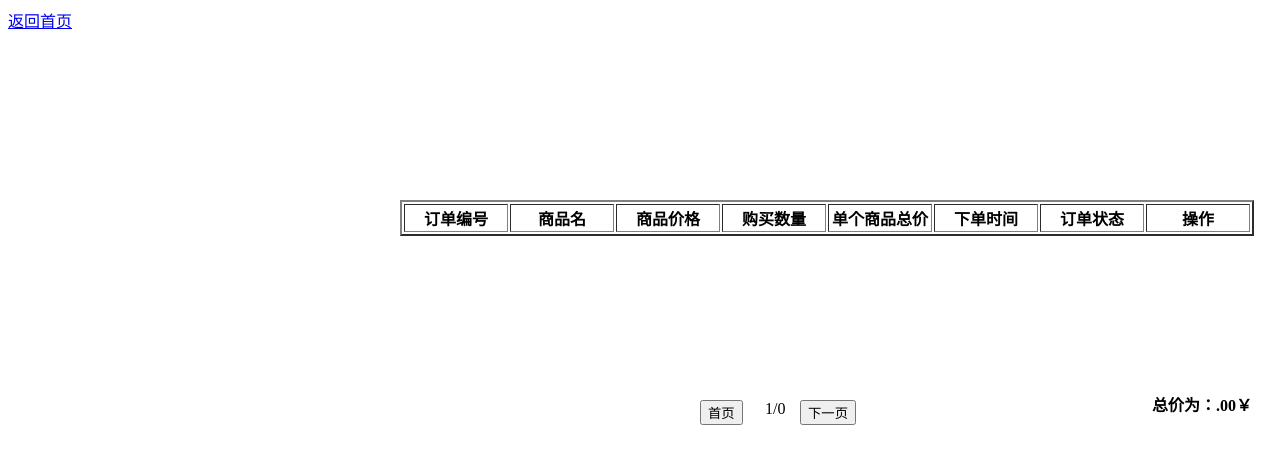
Repository: Gale-student/Gale-student.github.io
Page: http://localhost/weshop/OrdersDetailUnpaidQueryServlet
These files come from the project's save history. The page is drawn as it stood at one moment and after the next save; the edit follows.
The browser window is 1280 px wide. The pictures show the whole page.
The page is served by Tomcat 9. Other server files are loaded and not shown. Queries for data that is not in the repository find no rows.

Above is the page before, as saved 2022-10-05 13:15:22.

### WeShop/weshop/WebRoot/WEB-INF/jsp/OrdersUnpaidQueryOfUser.jsp
<%@ page language="java" import="java.util.*,com.company.entity.*" pageEncoding="utf-8"%>
<%
String path = request.getContextPath();
String basePath = request.getScheme()+"://"+request.getServerName()+":"+request.getServerPort()+path+"/";
%>

<!DOCTYPE HTML PUBLIC "-//W3C//DTD HTML 4.01 Transitional//EN">
<html>
  <head>
    <base href="<%=basePath%>">

    <title>My JSP 'OrdersUnpaidQueryOfUser.jsp' starting page</title>

	<meta http-equiv="pragma" content="no-cache">
	<meta http-equiv="cache-control" content="no-cache">
	<meta http-equiv="expires" content="0">
	<meta http-equiv="keywords" content="keyword1,keyword2,keyword3">
	<meta http-equiv="description" content="This is my page">
	<!--
	<link rel="stylesheet" type="text/css" href="styles.css">
	-->
  <%
      List<OrdersDetail> ordersDetailList = (List<OrdersDetail>)request.getAttribute("ordersDetailList");

      int currentPage = (Integer) session.getAttribute("currentPage");
      int allPage = (Integer) session.getAttribute("allPage");

      String upPage = "上一页";
      String downPage = "下一页";
      if(currentPage == 1){
         upPage = "首页";
      }
      if(currentPage == allPage){
         downPage = "尾页";
      }

      String totalPrice = (String) request.getAttribute("totalPrice");
      if(totalPrice == null){
         totalPrice = "";
      }
   %>
    <style type="text/css">
     th{
        width: 100px;
     }
     td{
        width: 100px;
     }
   </style>
  </head>

  <body>
   <a href="ShoppingHomePage.jsp">返回首页</a>
    <table style="position: absolute; left: 400px; top: 200px; text-align: center;" border="2" cellspacing="2">
       <tr>
          <th>订单编号</th>
          <th>商品名</th>
          <th>商品价格</th>
          <th>购买数量</th>
          <th>单个商品总价</th>
          <th>下单时间</th>
          <th>订单状态</th>
          <th>操作</th>
       </tr>
       <%for(int i = 0; i < ordersDetailList.size(); i ++){ %>
       <tr>
          <td><%=ordersDetailList.get(i).getOid() %></td>
          <td><%=ordersDetailList.get(i).getSname() %></td>
          <td><%=ordersDetailList.get(i).getSprice() %>.00￥</td>
          <td><%=ordersDetailList.get(i).getQuantity() %>.0</td>
          <td><%=ordersDetailList.get(i).getShopPrice() %>.00￥</td>
          <td><%=ordersDetailList.get(i).getDate() %></td>
          <td><%=ordersDetailList.get(i).getStatus() %></td>
          <td>
             <form action="OrdersCancelOfUserServlet" method="post">
                <input style="position: absolute; visibility: hidden;" type="text" value=<%=ordersDetailList.get(i).getOid() %> name="oid">
                <input type="submit" value="取消订单">
             </form>
          </td>
       </tr>
       <%} %>
    </table>
    <div style="position: absolute; left: 700px; top: 400px;">
    <form action="OrdersDetailUnpaidUpPageServlet" method="post">
       <input type="submit" value=<%=upPage %>>
    </form>
    <label style="position: absolute; top: 0px; left: 65px;"><%=currentPage + "/" + allPage %></label>
    <form style="position: absolute; top: 0px; left: 100px;" action="OrdersDetailUnpaidDownPageServlet" method="post">
       <input type="submit" value=<%=downPage %>>
    </form>

    </div>
    <label style="position: absolute; left: 1150px; top: 390px;border: 2px solid white; font-weight: bolder;">总价为：<%=totalPrice %>.00￥</label>
  </body>
</html>

### WeShop/weshop/src/com/company/controller/OrdersDetailUnpaidQueryServlet.java
package com.company.controller;

import java.io.IOException;
import java.io.PrintWriter;
import java.util.List;

import javax.servlet.ServletException;
import javax.servlet.http.HttpServlet;
import javax.servlet.http.HttpServletRequest;
import javax.servlet.http.HttpServletResponse;
import javax.servlet.http.HttpSession;

import com.company.entity.OrdersDetail;
import com.company.service.OrdersService;
import com.company.service.OrdersServiceImpl;

public class OrdersDetailUnpaidQueryServlet extends HttpServlet {

	/**
	 * The doGet method of the servlet. <br>
	 *
	 * This method is called when a form has its tag value method equals to get.
	 *
	 * @param request the request send by the client to the server
	 * @param response the response send by the server to the client
	 * @throws ServletException if an error occurred
	 * @throws IOException if an error occurred
	 */
	public void doGet(HttpServletRequest request, HttpServletResponse response)
			throws ServletException, IOException {

		doPost(request, response);
	}

	/**
	 * The doPost method of the servlet. <br>
	 *
	 * This method is called when a form has its tag value method equals to post.
	 *
	 * @param request the request send by the client to the server
	 * @param response the response send by the server to the client
	 * @throws ServletException if an error occurred
	 * @throws IOException if an error occurred
	 */
	public void doPost(HttpServletRequest request, HttpServletResponse response)
			throws ServletException, IOException {

		HttpSession hs = request.getSession();
		String uid = (String)hs.getAttribute("uid");
		OrdersService ordersService = new OrdersServiceImpl();
		try {
			List<OrdersDetail> ordersDetailList = ordersService.queryOrdersDetailUnpaid(uid, 0);
			int allRows = ordersService.OrdersDetailUnpaidAllRows(uid);
			int allPage = allRows / 3;
			if(allRows % 3 != 0){
				allPage ++;
			}
			String totalPrice = ordersService.queryTotalPriceOfUserUnpaidOrders(uid);
			request.setAttribute("totalPrice", totalPrice);
			hs.setAttribute("allPage", allPage);
			hs.setAttribute("currentPage", 1);
			request.setAttribute("ordersDetailList", ordersDetailList);
			request.getRequestDispatcher("WEB-INF/jsp/OrdersUnpaidQueryOfUser.jsp").forward(request, response);
		} catch (Exception e) {
			// TODO Auto-generated catch block
			e.printStackTrace();
		}

	}

}

### WeShop/weshop/src/com/company/service/OrdersServiceImpl.java
package com.company.service;

import java.util.List;

import com.company.dao.OrdersDao;
import com.company.dao.OrdersDaoImpl;
import com.company.entity.Orders;
import com.company.entity.OrdersDetail;

public class OrdersServiceImpl implements OrdersService {
	private OrdersDao ordersDao = new OrdersDaoImpl();

    //获取订单表总行数
	public int OrdersAllRows() throws Exception {
		int ordersAllRows = ordersDao.OrdersAllRows();
		return ordersAllRows;
	}

    //添加订单(购买 下单 默认未支付状态)
	public void addOrders(String uid, String sid, String quantity)
			throws Exception {
		ordersDao.insertOrders(uid, sid, quantity);
	}

    //取消订单
	public void cancelOrders(String oid) throws Exception {
		ordersDao.deleteOrders(oid);
	}

    //订单表分页
	public List<Orders> ordersPagingQuery(int page) throws Exception {
		List<Orders> ordersList = ordersDao.ordersPaging(page * 3, 3);
		return ordersList;
	}

    //根据订单编号查订单
	public List<Orders> queryOrdersByOid(String oid) throws Exception {
		List<Orders> ordersList = ordersDao.selectOrdersByOid(oid);
		return ordersList;
	}

    //查看未支付订单
	public List<Orders> queryOrdersByStatusUnpaid() throws Exception {
		List<Orders> ordersList = ordersDao.selectOrdersByStatusUnpaid();
		return ordersList;
	}

	//通过用户ID查订单
	public List<Orders> queryOrdersByUid(String uid) throws Exception {
		List<Orders> ordersList = ordersDao.selectOrdersByUid(uid);
		return ordersList;
	}

	//修改商品数量
	public void modifyQuantity(String sid, String quantity) throws Exception {
		ordersDao.updateQuantity(sid, quantity);
	}

	//查找所有订单
	public List<Orders> queryAllOrders() throws Exception {
		List<Orders> ordersList = ordersDao.selectAllOrders();
		return ordersList;
	}

	//查看用户所有订单详情
	public List<OrdersDetail> selectOrdersDetail(String uid, int page) throws Exception {
		List<OrdersDetail> ordersDetailList = ordersDao.selectOrdersDetail(uid, page * 3, 3);
		return ordersDetailList;
	}

	//获取用户订单表总行数
	public int OrdersDetailAllRows(String uid) throws Exception {
		int ordersDetailAllRows = ordersDao.OrdersDetailAllRows(uid);
		return ordersDetailAllRows;
	}

	//获取用户未支付订单总行数
	public int OrdersDetailUnpaidAllRows(String uid) throws Exception {
		int ordersDetailUnpaidAllRows = ordersDao.OrdersDetailUnpaidAllRows(uid);
		return ordersDetailUnpaidAllRows;
	}

	//查看用户未支付订单详情
	public List<OrdersDetail> queryOrdersDetailUnpaid(String uid, int page) throws Exception {
		List<OrdersDetail> ordersDetaiUnpaidlList = ordersDao.selectOrdersDetailUnpaid(uid, page * 3, 3);
		return ordersDetaiUnpaidlList;
	}

	//
	public String queryTotalPriceOfUserUnpaidOrders(String uid)
			throws Exception {
		String totalPrice = ordersDao.selectTotalPriceOfUserUnpaidOrders(uid);
		return totalPrice;
	}


}

### WeShop/weshop/src/com/company/dao/OrdersDao.java
package com.company.dao;

import java.util.List;

import com.company.entity.Orders;
import com.company.entity.OrdersDetail;

public interface OrdersDao {
	//删除订单(取消订单)
	public void deleteOrders(String oid) throws Exception;
	//订单表分页
	public List<Orders> ordersPaging(int offset, int count) throws Exception;
	//获取订单表总行数
	public int OrdersAllRows() throws Exception;
	//根据订单号查找订单
	public List<Orders> selectOrdersByOid(String oid) throws Exception;
	//查看未支付订单
	public List<Orders> selectOrdersByStatusUnpaid() throws Exception;
	//用户下单(添加订单)
	public void insertOrders(String uid, String sid, String quantity) throws Exception;
	//根据用户ID查订单
	public List<Orders> selectOrdersByUid(String uid) throws Exception;
	//更新订单中商品数量
	public void updateQuantity(String sid, String quantity) throws Exception;
	//查寻所有订单
	public List<Orders> selectAllOrders() throws Exception;
	//订单详情表分页(用户)
	public List<OrdersDetail> selectOrdersDetail(String uid, int offset, int count) throws Exception;
	//获取用户订单表总行数
	public int OrdersDetailAllRows(String uid) throws Exception;
	//用户未支付订单分页查询
	public List<OrdersDetail> selectOrdersDetailUnpaid(String uid, int offset, int count) throws Exception;
	//获取用户未支付订单表总行数
	public int OrdersDetailUnpaidAllRows(String uid) throws Exception;
	//获取所有未支付订单的总价
	public String selectTotalPriceOfUserUnpaidOrders(String uid) throws Exception;
}

### WeShop/weshop/src/com/company/dao/OrdersDaoImpl.java
package com.company.dao;

import java.sql.Connection;
import java.sql.Date;
import java.sql.DriverManager;
import java.sql.PreparedStatement;
import java.sql.ResultSet;
import java.text.DateFormat;
import java.util.ArrayList;
import java.util.List;

import com.company.entity.Orders;
import com.company.entity.OrdersDetail;
import com.company.entity.User;

public class OrdersDaoImpl implements OrdersDao {
	private String url = "jdbc:mysql://localhost:3306/test?characterEncoding=utf-8";
    private String username = "root";
    private String password = "root";

    //获取订单表总行数(管理员)
	public int OrdersAllRows() throws Exception {
		Class.forName("com.mysql.jdbc.Driver");
		Connection conn = DriverManager.getConnection(url, username, password);
		String sql = " select count(*) as rows from orders ";
		PreparedStatement ps = conn.prepareStatement(sql);
		ResultSet rs = ps.executeQuery();
		rs.next();
		int rows = rs.getInt("rows");
		return rows;
	}

    //删除订单(管理员)
	public void deleteOrders(String oid) throws Exception {
		Class.forName("com.mysql.jdbc.Driver");
		Connection conn = DriverManager.getConnection(url, username, password);
		String sql = " delete from orders where oid = ? ";
		PreparedStatement ps = conn.prepareStatement(sql);
		ps.setString(1, oid);
		ps.execute();
		conn.close();

	}

    //订单表分页(管理员)
	public List<Orders> ordersPaging(int offset, int count) throws Exception {
		Class.forName("com.mysql.jdbc.Driver");
		Connection conn = DriverManager.getConnection(url, username, password);
		String sql = " select * from orders limit ?, ? ";
		PreparedStatement ps = conn.prepareStatement(sql);
		ps.setInt(1, offset);
		ps.setInt(2, count);
		ResultSet rs = ps.executeQuery();
		List<Orders> ordersList = new ArrayList<Orders>();
		while(rs.next()){
			String oid = rs.getString("oid");
			String uid = rs.getString("uid");
			String sid = rs.getString("sid");
			String quantity = rs.getString("quantity");
			String date = rs.getString("date");
			String status = rs.getString("status");
			Orders orders = new Orders();
			orders.setOid(oid);
			orders.setUid(uid);
			orders.setSid(sid);
			orders.setQuantity(quantity);
			orders.setDate(date);
			orders.setStatus(status);
            ordersList.add(orders);
		}
		return ordersList;
	}

    //根据订单号查找订单(管理员)
	public List<Orders> selectOrdersByOid(String oid) throws Exception {
		Class.forName("com.mysql.jdbc.Driver");
		Connection conn = DriverManager.getConnection(url, username, password);
		String sql = " select * from orders where oid = ? ";
		PreparedStatement ps = conn.prepareStatement(sql);
		ps.setString(1, oid);
		ResultSet rs = ps.executeQuery();
		List<Orders> ordersList = new ArrayList<Orders>();
		while(rs.next()){
			String uid = rs.getString("uid");
			String sid = rs.getString("sid");
			String quantity = rs.getString("quantity");
			String date = rs.getString("date");
			String status = rs.getString("status");
			Orders orders = new Orders();
			orders.setOid(oid);
			orders.setUid(uid);
			orders.setSid(sid);
			orders.setQuantity(quantity);
			orders.setDate(date);
			orders.setStatus(status);
			ordersList.add(orders);
		}
		return ordersList;
	}

    //查看未支付订单(管理员)
	public List<Orders> selectOrdersByStatusUnpaid() throws Exception {
		Class.forName("com.mysql.jdbc.Driver");
		Connection conn = DriverManager.getConnection(url, username, password);
		String sql = " select * from orders where status = '0' ";
		PreparedStatement ps = conn.prepareStatement(sql);
		ResultSet rs = ps.executeQuery();
		List<Orders> ordersList = new ArrayList<Orders>();
		while(rs.next()){
			String oid = rs.getString("oid");
			String uid = rs.getString("uid");
			String sid = rs.getString("sid");
			String quantity = rs.getString("quantity");
			String date = rs.getString("date");
			String status = rs.getString("status");
			Orders orders = new Orders();
			orders.setOid(oid);
			orders.setUid(uid);
			orders.setSid(sid);
			orders.setQuantity(quantity);
			orders.setDate(date);
			orders.setStatus(status);
			ordersList.add(orders);
		}
		return ordersList;
	}

	//添加订单(用户购买)
	public void insertOrders(String uid, String sid, String quantity) throws Exception {
		Class.forName("com.mysql.jdbc.Driver");
		Connection conn = DriverManager.getConnection(url, username, password);

		System.currentTimeMillis();
		String oid = "" + System.currentTimeMillis();
		String sql = " insert into orders values ( ?, ?, ?, ?, now(), 0 ) ";
		PreparedStatement ps = conn.prepareStatement(sql);
		ps.setString(1, oid);
		ps.setString(2, uid);
		ps.setString(3, sid);
		ps.setString(4, quantity);
		ps.execute();
		conn.close();

	}

	//根据用户ID查询订单(管理员)
	public List<Orders> selectOrdersByUid(String uid) throws Exception {
		Class.forName("com.mysql.jdbc.Driver");
		Connection conn = DriverManager.getConnection(url, username, password);
		String sql = " select * from orders where uid = ? ";
		PreparedStatement ps = conn.prepareStatement(sql);
		ps.setString(1, uid);
		ResultSet rs = ps.executeQuery();
		List<Orders> ordersList = new ArrayList<Orders>();
		while(rs.next()){
			String oid = rs.getString("oid");
			String sid = rs.getString("sid");
			String quantity = rs.getString("quantity");
			String date = rs.getString("date");
			String status = rs.getString("status");
			Orders orders = new Orders();
			orders.setOid(oid);
			orders.setUid(uid);
			orders.setSid(sid);
			orders.setQuantity(quantity);
			orders.setDate(date);
			orders.setStatus(status);
			ordersList.add(orders);
		}
		return ordersList;
	}

	//更新订单中商品数量(用户 添加相同商品)
	public void updateQuantity(String sid, String quantity) throws Exception {
		Class.forName("com.mysql.jdbc.Driver");
		Connection conn = DriverManager.getConnection(url, username, password);
		String sql = " update orders set quantity = quantity + ? where sid = ? and status = 0 ";
		PreparedStatement ps = conn.prepareStatement(sql);
		ps.setString(1, quantity);
		ps.setString(2, sid);
		ps.execute();
		conn.close();
	}

	//查询所有订单(管理员)
	public List<Orders> selectAllOrders() throws Exception {
		Class.forName("com.mysql.jdbc.Driver");
		Connection conn = DriverManager.getConnection(url, username, password);
		String sql = " select * from orders ";
		PreparedStatement ps = conn.prepareStatement(sql);
		ResultSet rs = ps.executeQuery();
		List<Orders> ordersList = new ArrayList<Orders>();
		while(rs.next()){
			String oid = rs.getString("oid");
			String uid = rs.getString("uid");
			String sid = rs.getString("sid");
			String quantity = rs.getString("quantity");
			String date = rs.getString("date");
			String status = rs.getString("status");
			Orders orders = new Orders();
			orders.setOid(oid);
			orders.setUid(uid);
			orders.setSid(sid);
			orders.setQuantity(quantity);
			orders.setDate(date);
			orders.setStatus(status);
			ordersList.add(orders);
		}
		return ordersList;
	}

	//用户订单详情表分页
	public List<OrdersDetail> selectOrdersDetail(String uid, int offset, int count) throws Exception {
		Class.forName("com.mysql.jdbc.Driver");
		Connection conn = DriverManager.getConnection(url, username, password);
		String sql = " select o.oid, o.uid, s.sname, s.sprice, o.quantity,  " +
				"(o.quantity * s.sprice) as shopPrice, o.date, o.status from orders " +
				"o inner join shop s where s.sid = o.sid and o.uid = ? limit ?, ? ";
		PreparedStatement ps = conn.prepareStatement(sql);
		ps.setString(1, uid);
		ps.setInt(2, offset);
		ps.setInt(3, count);
		ResultSet rs = ps.executeQuery();
		List<OrdersDetail> ordersDetailList = new ArrayList<OrdersDetail>();
		while(rs.next()){
			String oid = rs.getString("oid");
			String sname = rs.getString("sname");
			String sprice = rs.getString("sprice");
			String quantity = rs.getString("quantity");
			String shopPrice = rs.getString("shopPrice");
			String date = rs.getString("date");
			String status = rs.getString("status");
			OrdersDetail ordersDetail = new OrdersDetail();
			ordersDetail.setOid(oid);
			ordersDetail.setUid(uid);
			ordersDetail.setSname(sname);
			ordersDetail.setSprice(sprice);
			ordersDetail.setQuantity(quantity);
			ordersDetail.setShopPrice(shopPrice);
			ordersDetail.setDate(date);
			ordersDetail.setStatus(status);
			ordersDetailList.add(ordersDetail);
		}
		return ordersDetailList;
	}

	//获取用户订单详情表总行数
	public int OrdersDetailAllRows(String uid) throws Exception {
		Class.forName("com.mysql.jdbc.Driver");
		Connection conn = DriverManager.getConnection(url, username, password);
		String sql = " select count(*) as rows from orders where uid = ? ";
		PreparedStatement ps = conn.prepareStatement(sql);
		ps.setString(1, uid);
		ResultSet rs = ps.executeQuery();
		rs.next();
		int rows = rs.getInt("rows");
		conn.close();
		return rows;
	}

	//获取用户未支付订单总行数
	public int OrdersDetailUnpaidAllRows(String uid) throws Exception {
		Class.forName("com.mysql.jdbc.Driver");
		Connection conn = DriverManager.getConnection(url, username, password);
		String sql = " select count(*) as rows from orders where uid = ? and status = 0 ";
		PreparedStatement ps = conn.prepareStatement(sql);
		ps.setString(1, uid);
		ResultSet rs = ps.executeQuery();
		rs.next();
		int rows = rs.getInt("rows");
		conn.close();
		return rows;
	}

	//查询用户未支付订单
	public List<OrdersDetail> selectOrdersDetailUnpaid(String uid, int offset,
			int count) throws Exception {
		Class.forName("com.mysql.jdbc.Driver");
		Connection conn = DriverManager.getConnection(url, username, password);
		String sql = " select o.oid, o.uid, s.sname, s.sprice, o.quantity,  " +
				"(o.quantity * s.sprice) as shopPrice, o.date, o.status from orders " +
				"o inner join shop s where s.sid = o.sid and o.uid = ? and o.status = 0 limit ?, ? ";
		PreparedStatement ps = conn.prepareStatement(sql);
		ps.setString(1, uid);
		ps.setInt(2, offset);
		ps.setInt(3, count);
		ResultSet rs = ps.executeQuery();
		List<OrdersDetail> ordersDetailList = new ArrayList<OrdersDetail>();
		while(rs.next()){
			String oid = rs.getString("oid");
			String sname = rs.getString("sname");
			String sprice = rs.getString("sprice");
			String quantity = rs.getString("quantity");
			String shopPrice = rs.getString("shopPrice");
			String date = rs.getString("date");
			String status = rs.getString("status");
			OrdersDetail ordersDetail = new OrdersDetail();
			ordersDetail.setOid(oid);
			ordersDetail.setUid(uid);
			ordersDetail.setSname(sname);
			ordersDetail.setSprice(sprice);
			ordersDetail.setQuantity(quantity);
			ordersDetail.setShopPrice(shopPrice);
			ordersDetail.setDate(date);
			ordersDetail.setStatus(status);
			ordersDetailList.add(ordersDetail);
		}
		return ordersDetailList;
	}

	//获取用户未支付订单的总价
	public String selectTotalPriceOfUserUnpaidOrders(String uid)
			throws Exception {
		Class.forName("com.mysql.jdbc.Driver");
		Connection conn = DriverManager.getConnection(url, username, password);
		String sql = " select sum(o.quantity * s.sprice) as totalPrice from orders o inner join shop s where uid = ? and status = 0 ";
		PreparedStatement ps = conn.prepareStatement(sql);
		ps.setString(1, uid);
		ResultSet rs = ps.executeQuery();
		rs.next();
		String totalPrice = rs.getString("totalPrice");
		return totalPrice;
	}

}

After the next save:
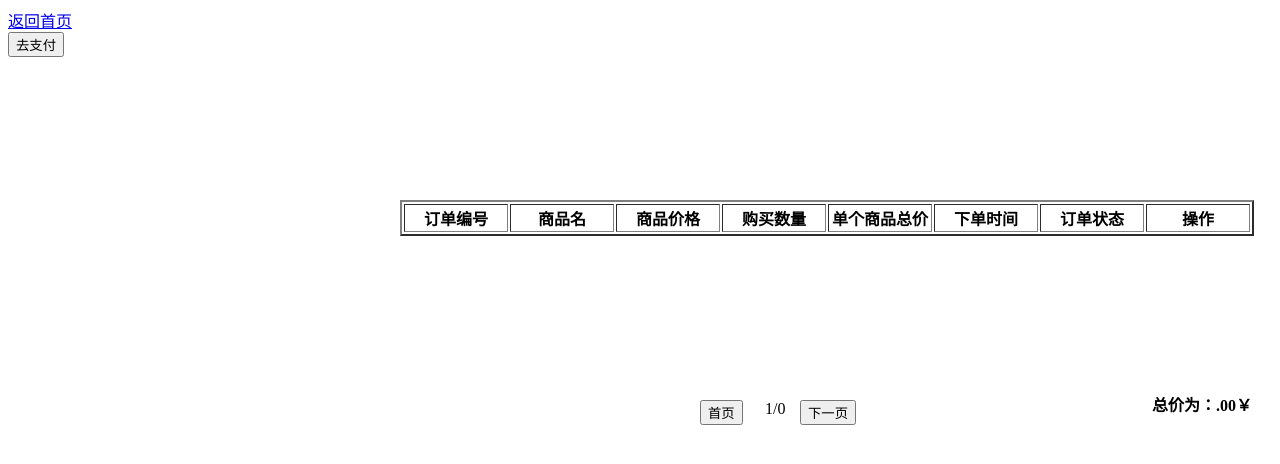
Saved 3 min 32 s later.
--- a/WeShop/weshop/WebRoot/WEB-INF/jsp/OrdersUnpaidQueryOfUser.jsp
+++ b/WeShop/weshop/WebRoot/WEB-INF/jsp/OrdersUnpaidQueryOfUser.jsp
@@ -91,5 +91,8 @@ String basePath = request.getScheme()+"://"+request.getServerName()+":"+request.
 
     </div>
     <label style="position: absolute; left: 1150px; top: 390px;border: 2px solid white; font-weight: bolder;">总价为：<%=totalPrice %>.00￥</label>
+    <form action="" method="post">
+        <input type="submit" value="去支付">
+    </form>
   </body>
 </html>
